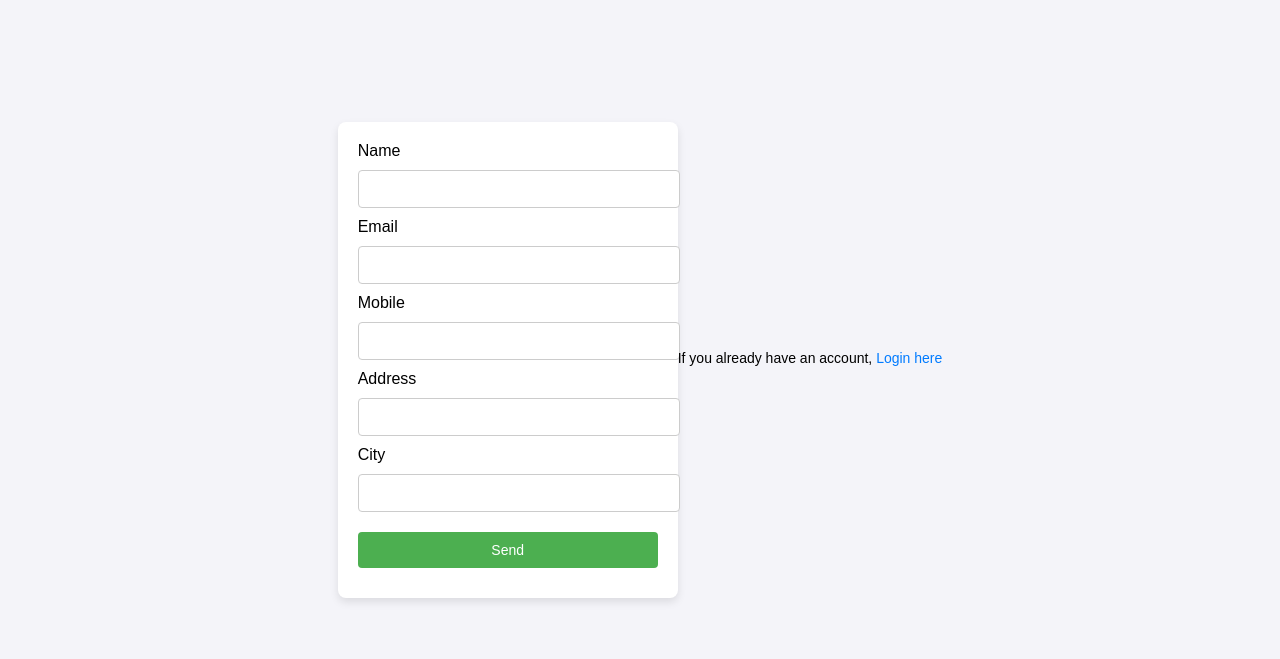
Repository: NagepalliHaasan21/MyProjects
Page: eclipse-workspace/com.SecondJEEPrgm/src/main/webapp/index.html
These files come from the project's save history. The page is drawn as it stood at one moment and after the next save; the edit follows.
The browser window is 1280 px wide. The pictures show the whole page.

Above is the page before, as saved 2024-11-28 13:16:25.

After the next save:
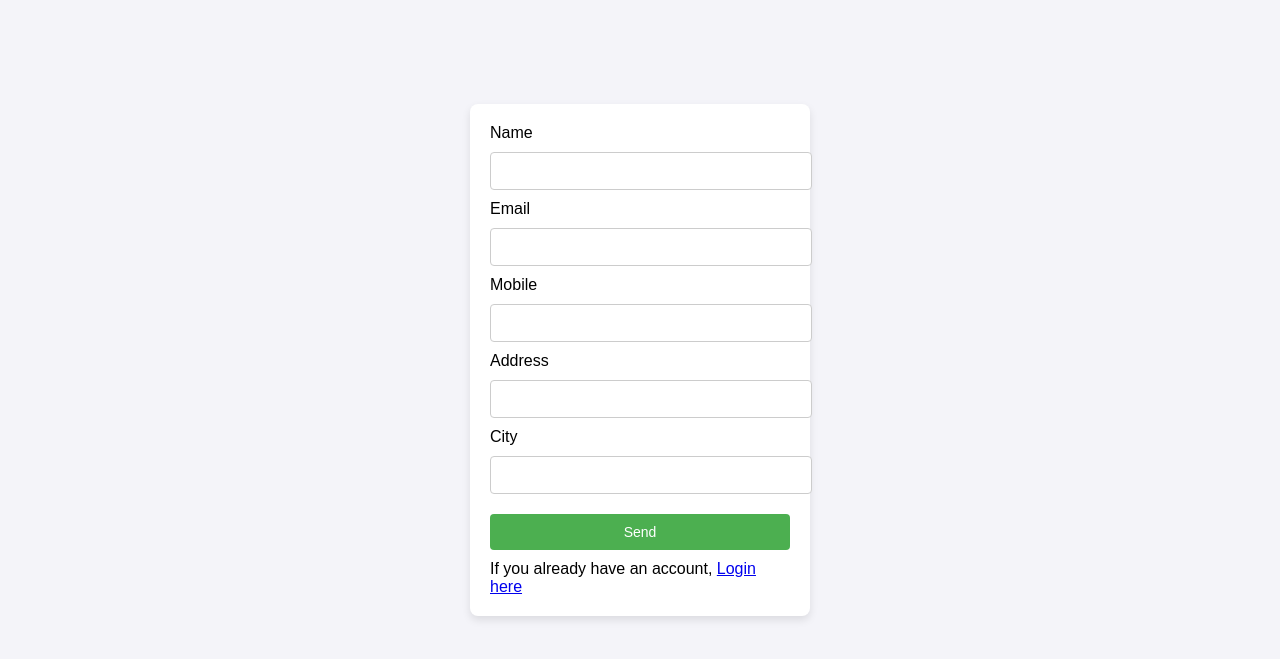
Saved 84 s later.
--- a/eclipse-workspace/com.SecondJEEPrgm/src/main/webapp/index.html
+++ b/eclipse-workspace/com.SecondJEEPrgm/src/main/webapp/index.html
@@ -78,8 +78,8 @@
         <input type="text" id="city" name="city">
 
         <input type="submit" value="Send">
+        If you already have an account, <a href="login.html">Login here</a>
     </form>
 
-    <p>If you already have an account, <a href="login.html">Login here</a></p>
 </body>
 </html>
